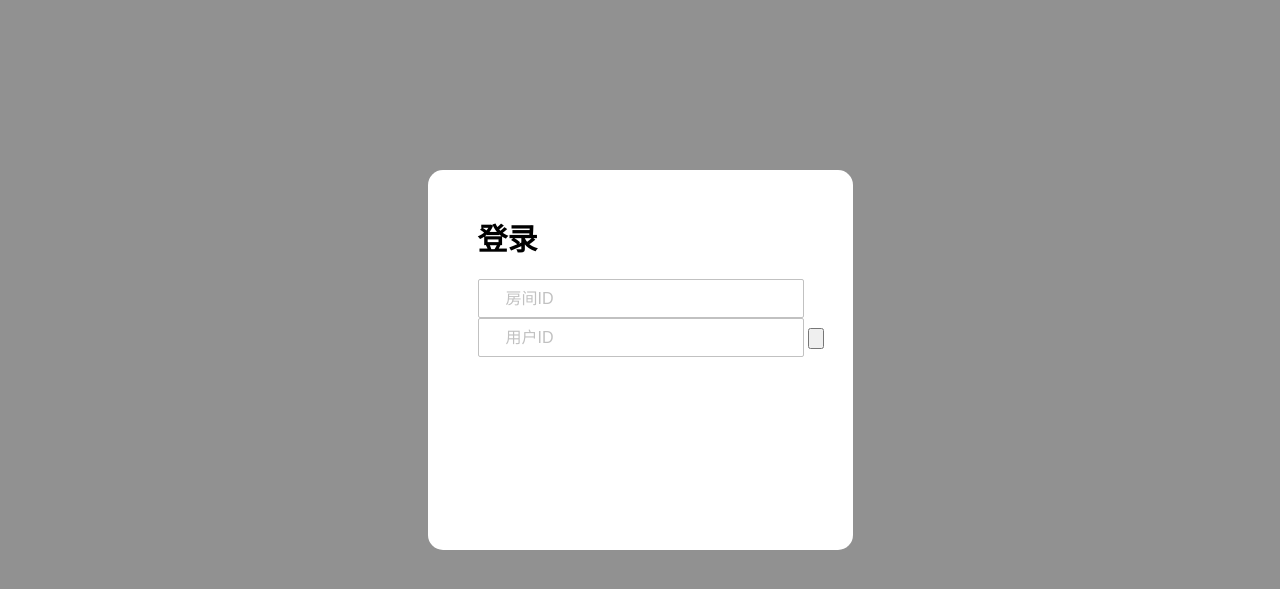
Repository: sjtu-course/homework
Page: GongZening/Week2/Web/LoginPage.html
An editor plug-in stored every save of this project. The page is shown before and after the next save, followed by the edit.
The browser window is 1280 px wide. The pictures show the whole page.

Above is the page before, as saved 2020-11-07 17:01:28.

After the next save:
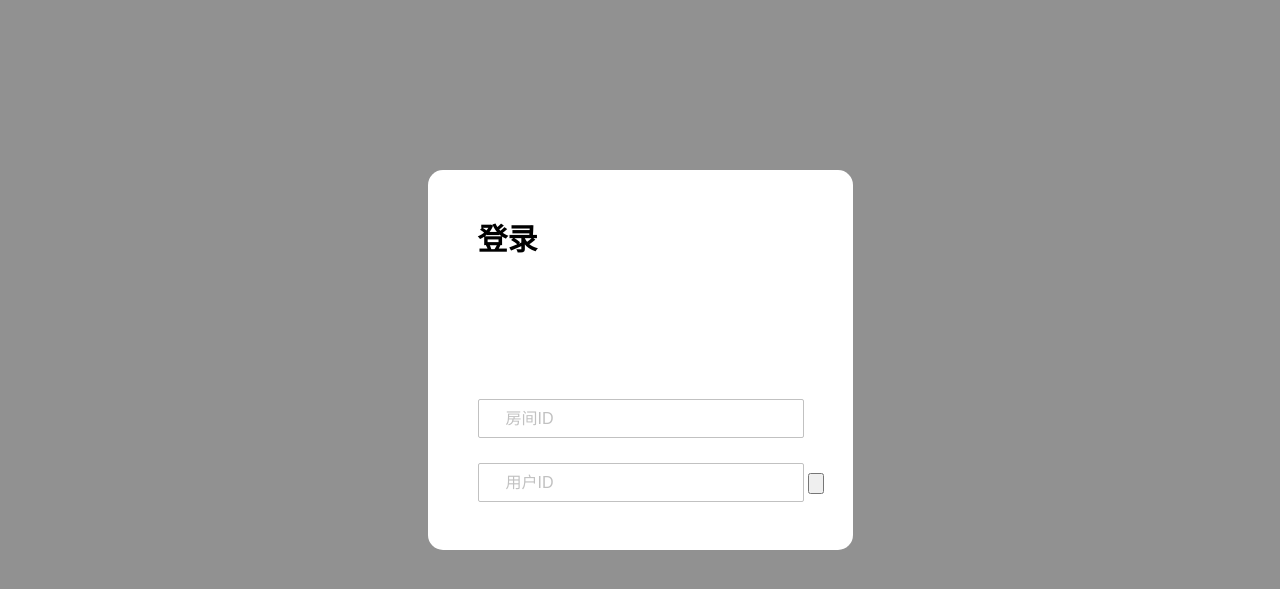
Saved 3 min 17 s later.
--- a/GongZening/Week2/Web/LoginPage.html
+++ b/GongZening/Week2/Web/LoginPage.html
@@ -18,9 +18,9 @@
     <body style="background-color: #919191;">
         <div id="round_rect">
             <h1 id="login">登录</h1>
-            <input class="edit_text" placeholder="房间ID">
-            <input class="edit_text" placeholder="用户ID">
-            <input type="button" placeholder="进入房间">
+            <input type="text" class="edit_text" placeholder="房间ID" style="margin-top: 120px;">
+            <input type="text" class="edit_text" placeholder="用户ID" style="margin-top: 25px;">
+            <input type="button" placeholder="进入房间" style="margin-top: 25px;">
         </div>
     </body>
 </html>
